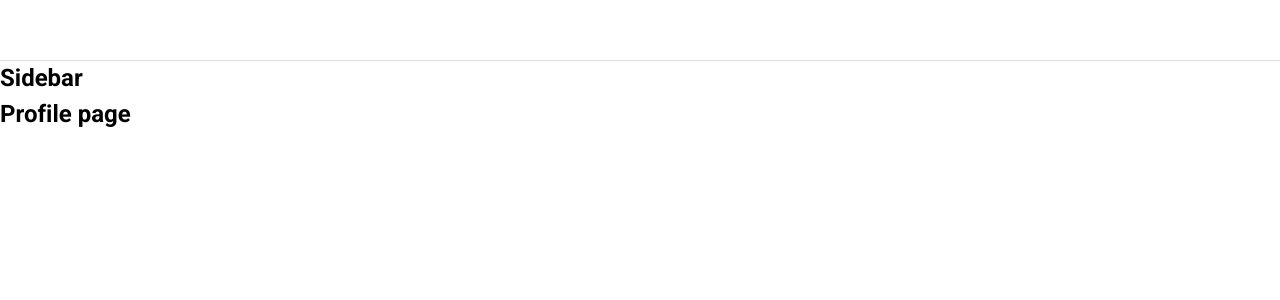
Repository: nguyenhaidang212/tiktok
Page: /profile
The author's editor kept a copy of each file at every save. The page is drawn from the files as they stood at one save, then again after the next save.
The browser window is 1280 px wide. The pictures show the whole page.
The project was rebuilt for these pictures with package versions that can differ from the ones it lists, and the page was loaded fresh each time. Also part of the build but not shown: src/pages/Home/index.js, src/pages/Following/index.js, src/pages/Upload/index.js, src/components/Layout/HeaderOnly/index.js, src/pages/Search/index.js.

Above is the page before, as saved 2023-04-27 13:02:41.

After the next save:
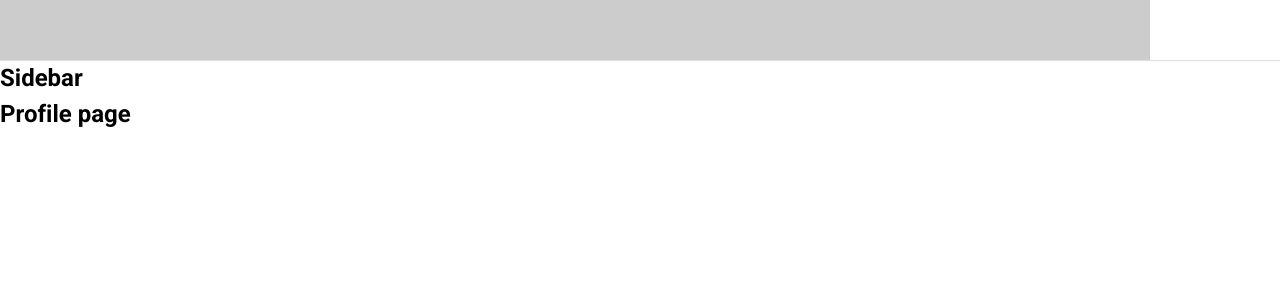
Saved 4 s later.
--- a/src/components/Layout/components/Header/Header.module.scss
+++ b/src/components/Layout/components/Header/Header.module.scss
@@ -5,4 +5,5 @@
 .inner {
     height: 100%;
     width: 1150px;
+    background-color: #ccc;
 }
